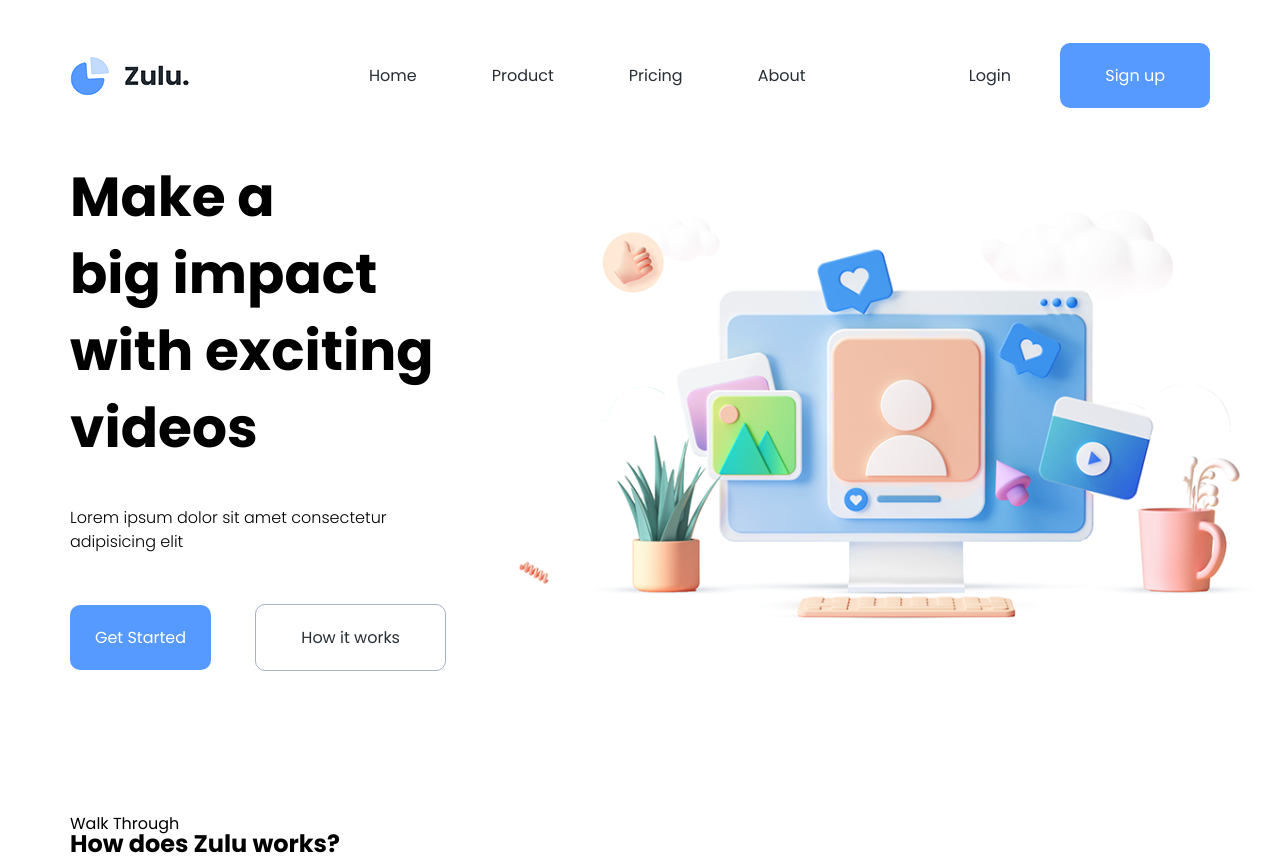
Repository: baodien1405/zulu-landing-page
Page: index.html
The author's editor kept a copy of each file at every save. The page is drawn from the files as they stood at one save, then again after the next save.
The browser window is 1280 px wide. The pictures show the whole page.
The style sheet was rebuilt from its Sass, Less or Tailwind sources for each picture, by a compiler version that may differ from the author's.

Above is the page before, as saved 2021-06-22 16:22:52.

After the next save:
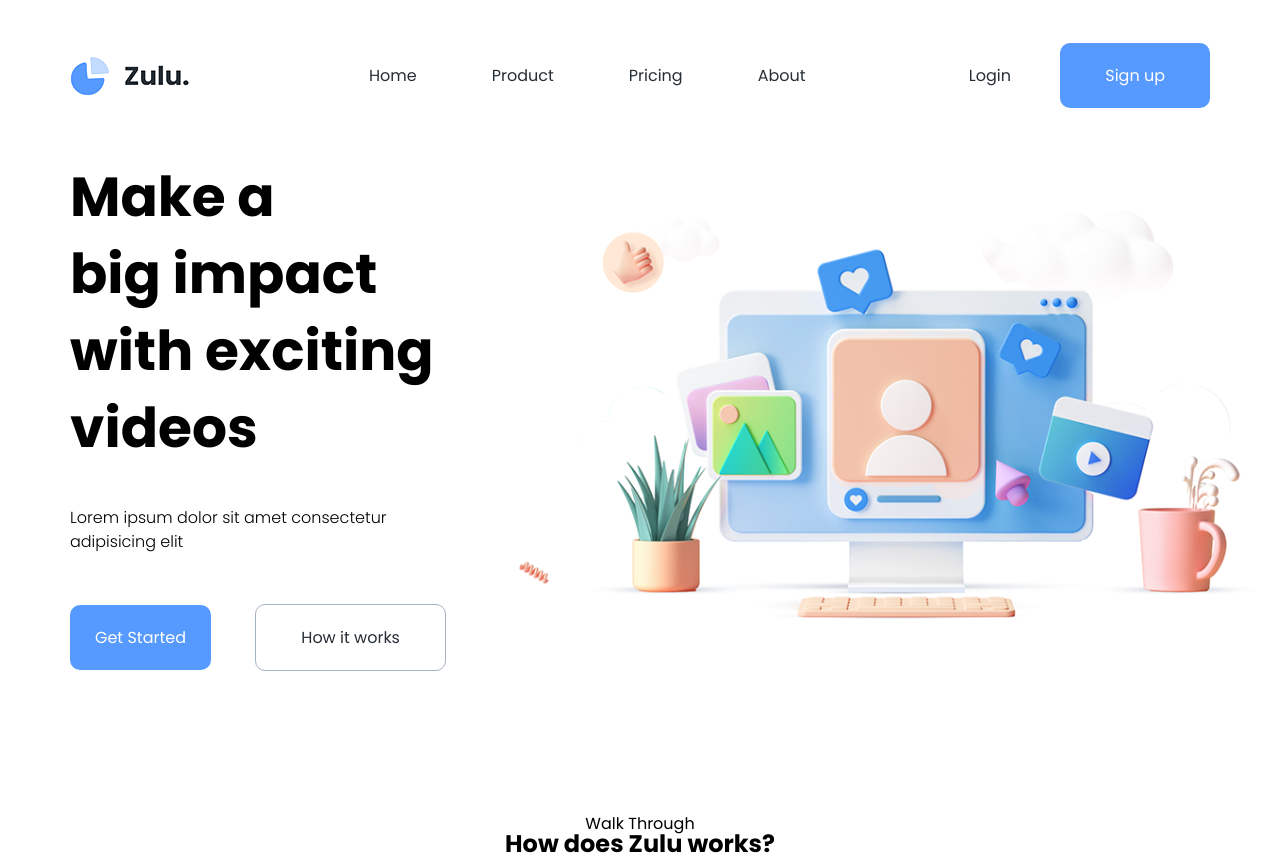
Saved 43 s later.
--- a/_global.scss
+++ b/_global.scss
@@ -51,3 +51,7 @@ body {
     border: 1px solid $gray-blur;
   }
 }
+
+.block {
+  text-align: center;
+}
